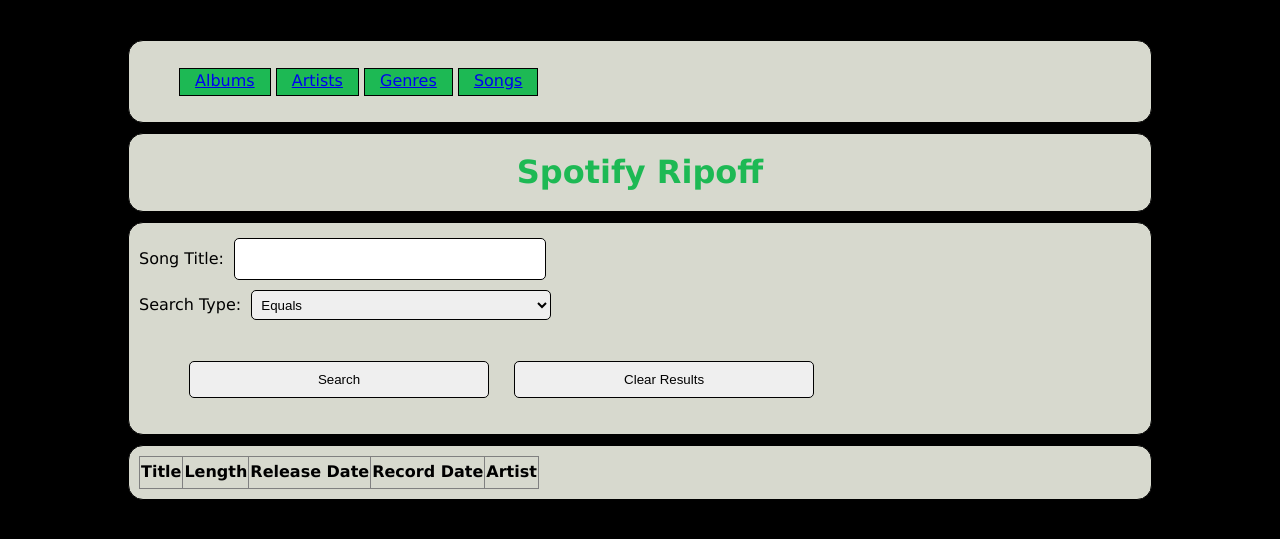
Repository: RRGTHWAR/bkg16_INFSCI1017
Page: bkg16_Music_FinalProject/WebContent/song.html
An editor plug-in stored every save of this project. The page is shown before and after the next save, followed by the edit.
The browser window is 1280 px wide. The pictures show the whole page.

Above is the page before, as saved 2019-04-12 14:16:50.

### bkg16_Music_FinalProject/WebContent/song.html
<!DOCTYPE html>
<html>
<head>
<meta charset="UTF-8">
<title>Songs</title>
<link href="css/style.css" rel="stylesheet" type="text/css" />
<script src="js/jquery-3.3.1.min.js"></script>
</head>
<body>
	<div id="navBar">
		<ul>
			<li><a href="album.html" title="Albums">Albums</a></li>
			<li><a href="artist.html" title="Artists">Artists</a></li>
			<li><a href="genre.html" title="Genres">Genres</a></li>
			<li><a href="song.html" title="Songs">Songs</a></li>
		</ul>
	</div>
	<h1 id="mainHeader" >Spotify Ripoff</h1>
	<div id="songSearch" class="searchBox" >
		<div>
			Song Title: <input type="text" id="songTitle" name="songTitle" value="" class="textField" />
		</div>
		<div>
			Search Type:
			<select name="searchType" id="searchType" class="textField">
				<option value="equals">Equals</option>
				<option value="begins">Begins</option>
				<option value="ends">Ends</option>
				<option value="contains">Contains</option>
				<option value="">All</option>
			</select>
		</div>
		<div id="btns">
			<ul>
				<li><input type="button" id="btnSearch" name="btnSubmit" class="actButton" value="Search" /></li>
				<li><input type="button" id="btnClear" name ="btnClear" class="actButton" value="Clear Results" /></li>
			</ul>
		</div>
	</div>

	<div id="searchResults">
		<table border="1" id="tblSearchResults">
			<tr>
				<th>Title</th>
				<th>Length</th>
				<th>Release Date</th>
				<th>Record Date</th>
				<th>Artist</th>
			</tr>
		</table>
	</div>

	</body>
	<script>

		$(document).ready(function (){
			$("#btnClear").click(function (){
				clearResultsTable();
			});
			$("#btnSearch").click(function (){
				clearResultsTable();
				var songTitle = $("#songTitle").val();
				var searchType = $("#searchType").val();
				// console.log("Song: " + songTitle);
				// console.log("SearchType: " + searchType);
				var url = "SongListWS?songTitle=" + songTitle + "&searchType=" + searchType;
				// console.log(url);
				$.get(url, function(resp){
					parseSongData(resp);
				})
			});
		});

		function parseSongData(data){
			//$("#searchResults").text(JSON.stringify(data));
			var result = "";

			for(var i=0; i < data.length; i++) {
				var tr = $("<tr></tr>"); //Created empty html table row

				//First data cell
				var td = $("<td></td>"); //Created empty html table data
				td.html(data[i].title);
				tr.append(td);

				//Second data cell
				td = $("<td></td>"); //Note that we don't need to redeclare this
				td.html(data[i].length);
				tr.append(td);

				//Third data cell
				td = $("<td></td>"); //Note that we don't need to redeclare this
				td.html(data[i].release_date);
				tr.append(td);

				//Fourth data cell
				td = $("<td></td>"); //Note that we don't need to redeclare this
				td.html(data[i].record_date);
				tr.append(td);

				//Fifth data cell
				td = $("<td></td>"); //Note that we don't need to redeclare this
				td.html(data[i].song_id);
				tr.append(td);


				//Append row to table
				$("#tblSearchResults").append(tr);
				//result += 'Title: ' + data[i].title + '<br />';
			}

			//$("#searchResults").html(result);
		}

		//Source: https://stackoverflow.com/questions/2620181/clear-table-jquery
		function clearResultsTable() {
			$("#tblSearchResults td").parent().remove();
		}


		//Source: https://memorynotfound.com/detect-enter-keypress-javascript-jquery/
		$(document).keypress(function(e) {
			var keycode = (e.keyCode ? e.keyCode : e.which);
			if (keycode == '13') {
				$("#btnSearch").click();
			}
		});


	</script>
</html>

### bkg16_Music_FinalProject/WebContent/css/style.css
@charset "UTF-8";

html, body {
	background-color: black;
}

body {
	font-family: Verdana, Geneva, sans-serif;
	font-size: 100%;
	width: 80%;
	margin-right: auto;
	margin-left: auto;
	padding: 2.5% 2.5% 0;
	line-height: 1.8;
}

h1, h2, h3, h4, h5, h6, p {
	margin: 0;
	padding: 0;
}

h1, h2, h3, h4, h5, h6 {
	color: #1DB954;
}

p {
	margin-bottom: 1em;
}

#navBar {
	background-color: #D7D9CE;
	border: 1px solid #000;
	padding: 10px;
	border-radius: 15px;
}

#navBar ul li {
	background-color: #1DB954;
	margin-left: 0;
	margin-bottom: 10px;
	padding: 2px 15px 5px;
	border: 1px solid #000;
	list-style: none;
	display: inline;
}

#mainHeader {
	background-color: #D7D9CE;
	border: 1px solid #000;
	padding: 10px;
	margin-top: 10px;
	border-radius: 15px;
	text-align: center;
}

.searchBox {
	background-color: #D7D9CE;
	border: 1px solid #000;
	padding: 10px;
	margin-top: 10px;
	border-radius: 15px;
	margin-bottom: 10px;
}

.textField {
	border: 1px solid #000;
	border-radius: 5px;
	padding: 5px;
	margin: 5px;
	width: 300px;
	height: 30px;
}

#searchResults {
	background-color: #D7D9CE;
	border: 1px solid #000;
	padding: 10px;
	margin-top: 10px;
	border-radius: 15px;
	display: block;
	margin: 0 auto;
}

#btns ul li {
	padding: 10px;
	margin-top: 10px;
	border-radius: 15px;
	text-align: center;
	list-style: none;
	display: inline-block;
}

input[type=button] {
	border: 1px solid #000;
	padding: 10px;
	border-radius: 5px;
	display: inline-block;
	margin: 0 auto;
	width: 300px;
}

#tblSearchResults {
	border-collapse: collapse;
}

#tblSearchResults tr th td {
	border: 1px solid #000;
	padding: 5px;
	border-collapse: collapse;
	display: inline-block;
	margin: 0 auto;
	text-align: center;
}

Loaded but not shown: bkg16_Music_FinalProject/WebContent/js/jquery-3.3.1.min.js (library)

After the next save:
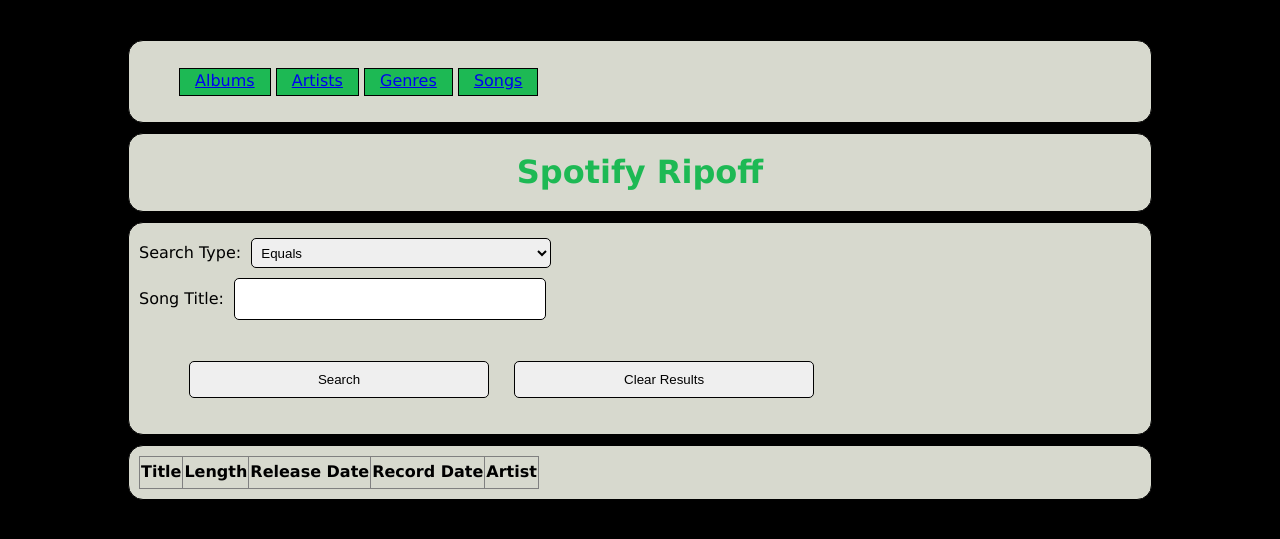
Saved 2 min 39 s later.
--- a/bkg16_Music_FinalProject/WebContent/song.html
+++ b/bkg16_Music_FinalProject/WebContent/song.html
@@ -18,9 +18,6 @@
 	<h1 id="mainHeader" >Spotify Ripoff</h1>
 	<div id="songSearch" class="searchBox" >
 		<div>
-			Song Title: <input type="text" id="songTitle" name="songTitle" value="" class="textField" />
-		</div>
-		<div>
 			Search Type:
 			<select name="searchType" id="searchType" class="textField">
 				<option value="equals">Equals</option>
@@ -29,6 +26,9 @@
 				<option value="contains">Contains</option>
 				<option value="">All</option>
 			</select>
+		</div>
+		<div>
+			Song Title: <input type="text" id="songTitle" name="songTitle" value="" class="textField" />
 		</div>
 		<div id="btns">
 			<ul>
